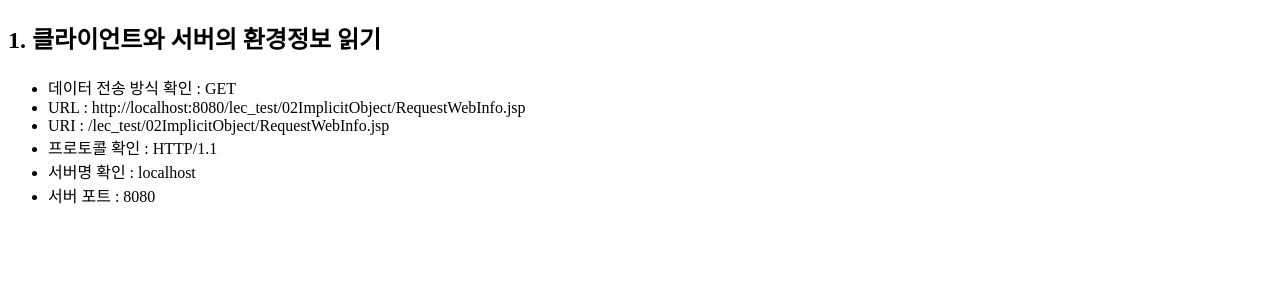
Repository: kimjaewoo2233/JSP_Summary
Page: http://localhost/lec_test/02ImplicitObject/RequestWebInfo.jsp
These files come from the project's save history. The page is drawn as it stood at one moment and after the next save; the edit follows.
The browser window is 1280 px wide. The pictures show the whole page.
The page is served by Tomcat 9. Other server files are loaded and not shown.

Above is the page before, as saved 2022-03-02 14:53:08.

### lec_test/src/main/webapp/02ImplicitObject/RequestWebInfo.jsp
<%@ page language="java" contentType="text/html; charset=EUC-KR"
    pageEncoding="EUC-KR"%>
<!DOCTYPE html>
<html>
<head>
<meta charset="EUC-KR">
<title>내장 객체 - request</title>
</head>
<body>
	<h2>1. 클라이언트와 서버의 환경정보 읽기</h2>
	<ul>
		<li>데이터 전송 방식 확인 : <%= request.getMethod() %></li>
		<li>URL : <%= request.getRequestURL() %></li>
		<li>URI : <%= request.getRequestURI() %></li>
		<li>프로토콜 확인 : <%= request.getProtocol() %></li>
		<li>서버명 확인 : <%= request.getServerName() %></li>
		<li>서버 포트 : <%= request.getServerPort() %></li>

	</ul>
</body>
</html>

After the next save:
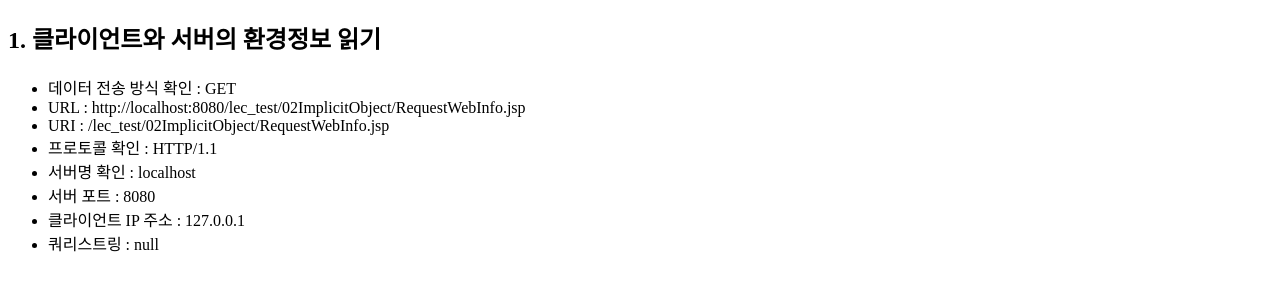
Saved 72 s later.
--- a/lec_test/src/main/webapp/02ImplicitObject/RequestWebInfo.jsp
+++ b/lec_test/src/main/webapp/02ImplicitObject/RequestWebInfo.jsp
@@ -15,7 +15,8 @@
 		<li>프로토콜 확인 : <%= request.getProtocol() %></li>
 		<li>서버명 확인 : <%= request.getServerName() %></li>
 		<li>서버 포트 : <%= request.getServerPort() %></li>
-
+		<li>클라이언트 IP 주소 : <%= request.getRemoteAddr() %></li>
+		<li>쿼리스트링 : <%= request.getQueryString() %></li>
 	</ul>
 </body>
 </html>
